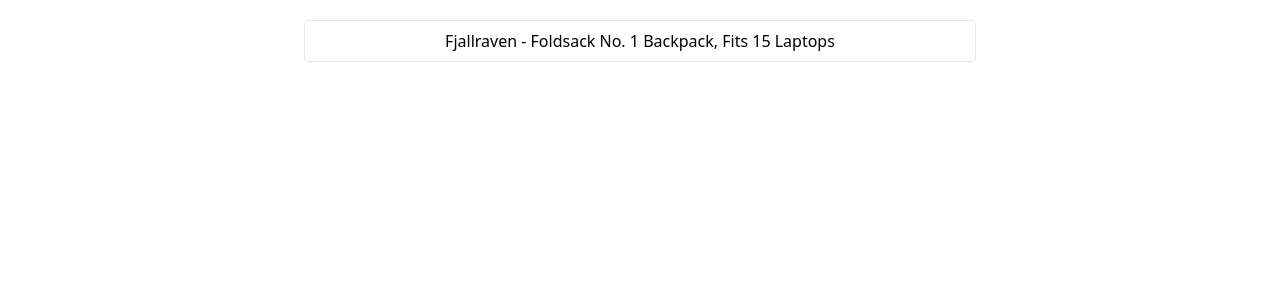
Repository: max535/react-typescript
Page: /
The author's editor kept a copy of each file at every save. The page is drawn from the files as they stood at one save, then again after the next save.
The browser window is 1280 px wide. The pictures show the whole page.
The project was rebuilt for these pictures with package versions that can differ from the ones it lists, and the page was loaded fresh each time.

Above is the page before, as saved 2022-07-29 16:15:55.

After the next save:
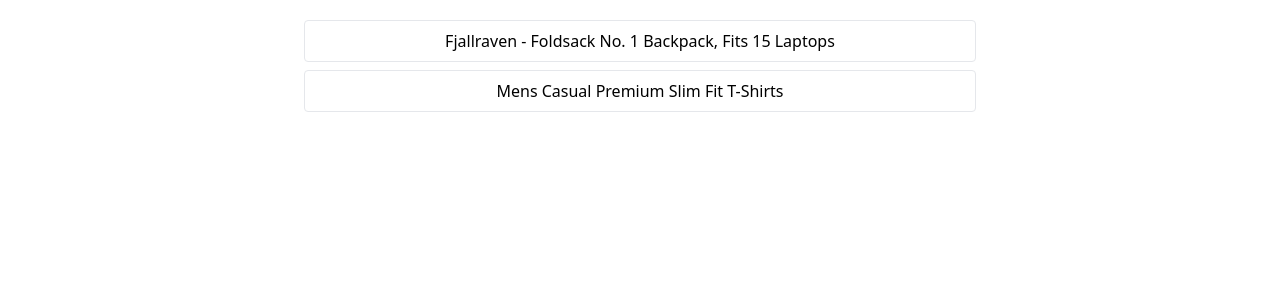
Saved 24 s later.
--- a/src/App.tsx
+++ b/src/App.tsx
@@ -5,6 +5,7 @@
     return (
         <div className="container mx-auto max-w-2xl pt-5">
             <Product product={products[0]} />
+            <Product product={products[1]} />
         </div>
     );
 }
